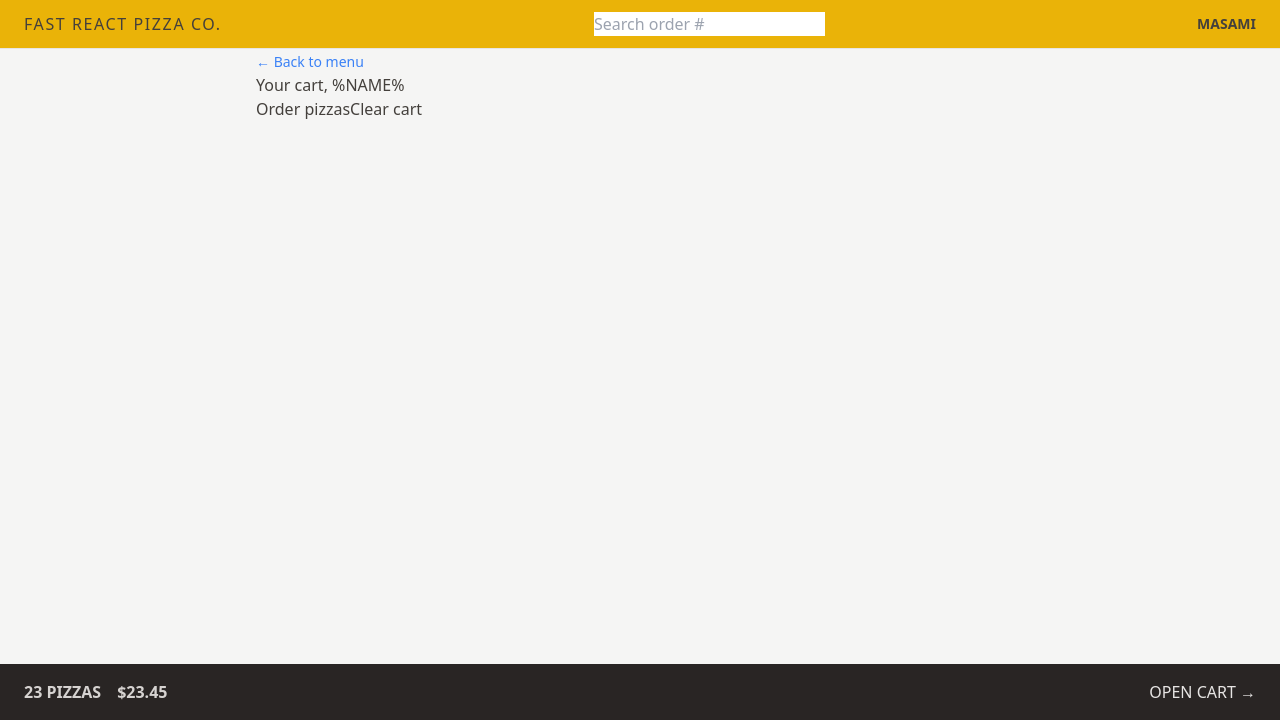
Repository: masamichan/pizza-vite
Page: /cart
The author's editor kept a copy of each file at every save. The page is drawn from the files as they stood at one save, then again after the next save.
The browser window is 1280 px wide. The pictures show the whole page.
The project was rebuilt for these pictures with package versions that can differ from the ones it lists, and the page was loaded fresh each time. Also part of the build but not shown: vite.config.js, src/ui/Home.jsx, src/services/apiRestaurant.js, src/utils/helpers.js, src/features/menu/MenuItem.jsx, src/features/menu/Menu.jsx, src/features/order/CreateOrder.jsx, src/features/order/Order.jsx and 2 more. Imported but missing from the stored project, and not drawn on this page: src/features/user/CreateUser.

Above is the page before, as saved 2023-12-22 11:11:40.

### src/App.jsx
import { RouterProvider, createBrowserRouter } from "react-router-dom"
import Home from './ui/Home'
import Menu, {loader as menuLoader} from './features/menu/Menu';
import Cart from './features/cart/Cart';
import CreateOrder, {action as createOrderAction} from './features/order/CreateOrder';
import Order, {loader as orderLoader} from "./features/order/Order"
import AppLayout from "./ui/AppLayout";
import Error from "./ui/Error"

const router = createBrowserRouter([
  {
    element: <AppLayout />,
    errorElement: <Error />,
    children: [
  { path: "/", element: <Home/>},
  { path: "/menu", element: <Menu />, loader: menuLoader, errorElement: <Error />},
  {path: "/cart",element: <Cart />},
  {path: "/order/new",element: <CreateOrder />, action: createOrderAction},
  {path: "/order/:orderId", element: <Order />, loader: orderLoader, errorElement: <Error />}
    ],
  },
])




function App() {
  return <RouterProvider router={router} />
}

export default App

### src/features/cart/Cart.jsx
import { Link } from 'react-router-dom';

const fakeCart = [
  {
    pizzaId: 12,
    name: 'Mediterranean',
    quantity: 2,
    unitPrice: 16,
    totalPrice: 32,
  },
  {
    pizzaId: 6,
    name: 'Vegetale',
    quantity: 1,
    unitPrice: 13,
    totalPrice: 13,
  },
  {
    pizzaId: 11,
    name: 'Spinach and Mushroom',
    quantity: 1,
    unitPrice: 15,
    totalPrice: 15,
  },
];

function Cart() {
  const cart = fakeCart;

  return (
    <div>
      <Link
        to="/menu"
        className="text-sm text-blue-500 hover:text-blue-600 hover:underline"
      >
        &larr; Back to menu
      </Link>

      <h2>Your cart, %NAME%</h2>

      <div>
        <Link to="/order/new">Order pizzas</Link>
        <button>Clear cart</button>
      </div>
    </div>
  );
}

export default Cart;

### src/ui/AppLayout.jsx
import Header from './Header';
import Loader from './Loader';
import { Outlet, useNavigation } from 'react-router-dom';
import CartOverview from '../features/cart/CartOverview';

function AppLayout() {
  const navigation = useNavigation();
  const isLoading = navigation.state === 'loading';
  return (
    <div className="grid h-screen grid-rows-[auto_1fr_auto]">
      {isLoading && <Loader />}

      <Header />
      <div className="overflow-scroll">
        <main className="mx-auto max-w-3xl">
          <Outlet />
        </main>
      </div>
      <CartOverview />
    </div>
  );
}

export default AppLayout;

### src/ui/Header.jsx
import { Link } from 'react-router-dom';
import SearchOrder from '../features/order/SearchOrder';
import UserName from '../features/user/UserName';

function Header() {
  return (
    <header className="flex items-center justify-between border-b border-stone-200 bg-yellow-500 px-4 py-3 uppercase sm:px-6">
      <Link to="/" className="tracking-widest">
        Fast React Pizza Co.
      </Link>
      <SearchOrder />
      <UserName />
    </header>
  );
}

export default Header;

### src/features/cart/CartOverview.jsx
import { Link } from 'react-router-dom';

function CartOverview() {
  return (
    <div className="flex items-center justify-between bg-stone-800 px-4 py-4 text-sm uppercase text-stone-200 sm:px-6 md:text-base">
      <p className="sm-space-x-6 space-x-4 font-semibold text-stone-300">
        <span>23 pizzas</span>
        <span>$23.45</span>
      </p>
      <Link to="/cart">Open cart &rarr;</Link>
    </div>
  );
}

export default CartOverview;

### src/features/order/SearchOrder.jsx
import { useState } from "react"
import { useNavigate } from "react-router-dom";

function SearchOrder() {

  const[query, setQuery] = useState('')
  const navigate = useNavigate()

  function handleSubmit(e) {
    e.preventDefault();
    if(!query) return;
    navigate(`/order/${query}`)
    setQuery("");
  }

  return (
    <form onSubmit={handleSubmit}>
      <input
      placeholder="Search order #"
      value={query}
      onChange={(e) => setQuery(e.target.value)}
      />
    </form>
  )
}

export default SearchOrder

### src/features/user/UserName.jsx
function UserName() {
  return <div className="hidden text-sm font-semibold md:block">Masami</div>;
}

export default UserName;

Loaded but not shown: index.html (common file); src/main.jsx (common file); src/index.css (common file); tailwind.config.js (common file)

After the next save:
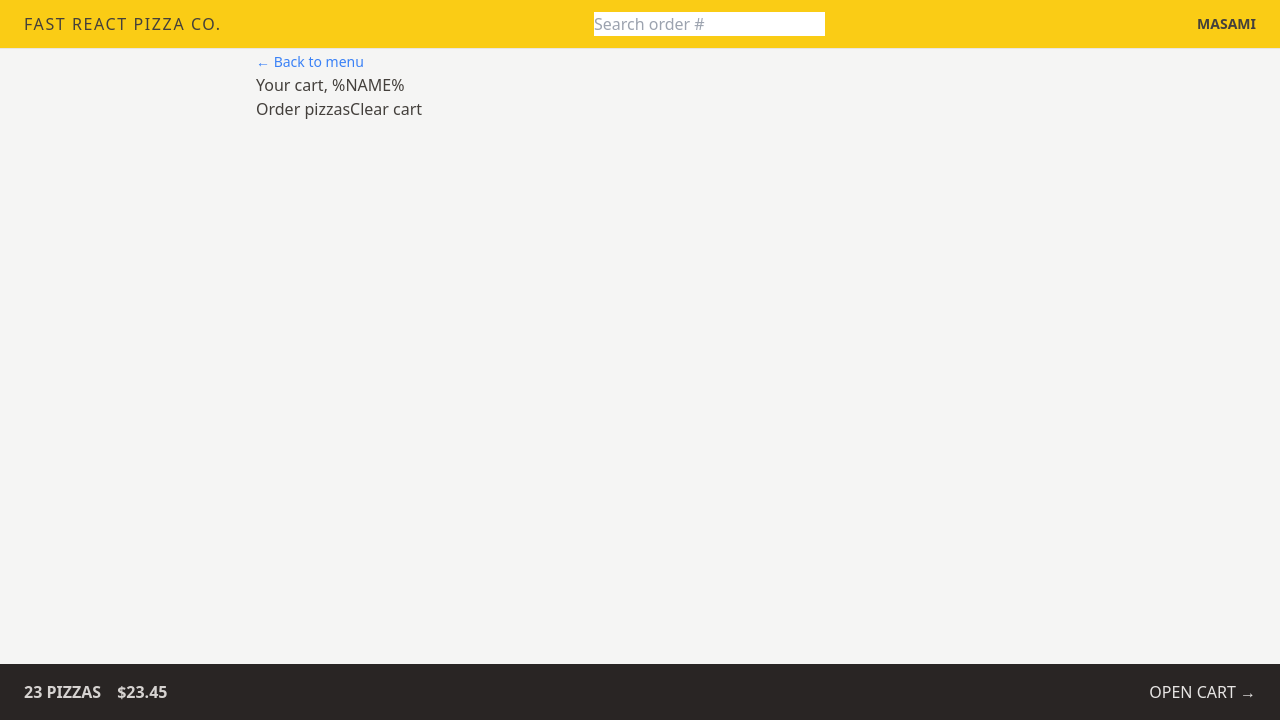
Saved 3 min 2 s later.
--- a/src/ui/Header.jsx
+++ b/src/ui/Header.jsx
@@ -4,7 +4,7 @@ import UserName from '../features/user/UserName';
 
 function Header() {
   return (
-    <header className="flex items-center justify-between border-b border-stone-200 bg-yellow-500 px-4 py-3 uppercase sm:px-6">
+    <header className="flex items-center justify-between border-b border-stone-200 bg-yellow-400 px-4 py-3 uppercase sm:px-6">
       <Link to="/" className="tracking-widest">
         Fast React Pizza Co.
       </Link>
